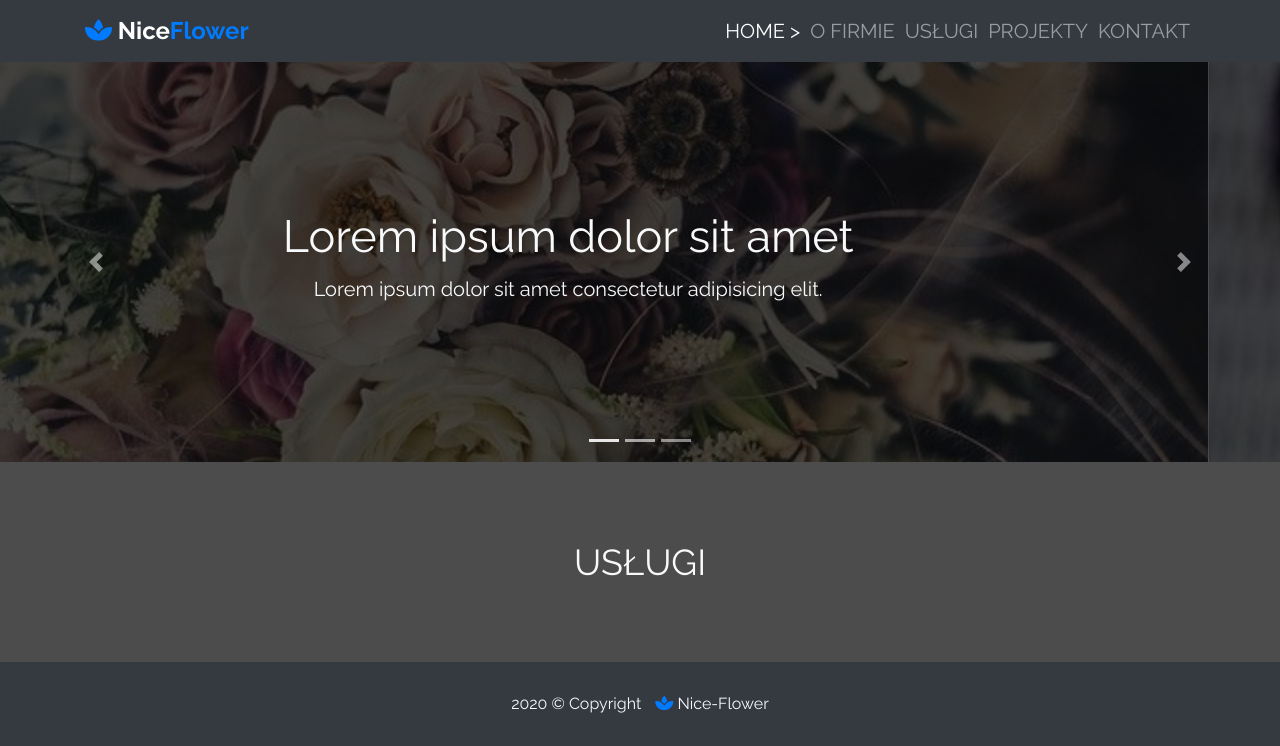
Repository: KrzysKolo/Projekt-13_Kwiaciarnia
Page: services.html
These files come from the project's save history. The page is drawn as it stood at one moment and after the next save; the edit follows.
The browser window is 1280 px wide. The pictures show the whole page.
Some web libraries are served in a nearby version.

Above is the page before, as saved 2020-08-11 09:50:24.

### services.html
<!DOCTYPE html>
<html lang="pl">
  <head>
    <meta charset="UTF-8" />
    <meta name="viewport" content="width=device-width, initial-scale=1.0" />
    <title>Nice-Flower</title>
    <script
      src="https://kit.fontawesome.com/21efeaf281.js"
      crossorigin="anonymous"
    ></script>

    <link
      rel="stylesheet"
      href="https://stackpath.bootstrapcdn.com/bootstrap/4.5.0/css/bootstrap.min.css"
      integrity="sha384-9aIt2nRpC12Uk9gS9baDl411NQApFmC26EwAOH8WgZl5MYYxFfc+NcPb1dKGj7Sk"
      crossorigin="anonymous"
    />
    <link
      href="https://fonts.googleapis.com/css2?family=Raleway:wght@400;700&display=swap"
      rel="stylesheet"
    />
    <link rel="stylesheet" href="style.css" />
  </head>
  <body>
    <nav class="navbar navbar-expand-lg navbar-dark bg-dark py-3">
      <div class="container">
        <a class="navbar-brand" href="index.html"
          ><i class="fas fa-spa text-primary"></i> Nice<span
            class="text-primary"
            >Flower</span
          ></a
        >
        <button
          class="navbar-toggler border-0"
          type="button"
          data-toggle="collapse"
          data-target="#navbarNavAltMarkup"
          aria-controls="navbarNavAltMarkup"
          aria-expanded="false"
          aria-label="Toggle navigation"
        >
          <i class="fas fa-bars px-4"></i>
        </button>
        <div class="collapse navbar-collapse" id="navbarNavAltMarkup">
          <div class="navbar-nav ml-auto">
            <a class="nav-link active" href="index.html">Home ></a>
            <a class="nav-link" href="abouteus.html">O firmie</a>
            <a class="nav-link" href="#"
              ><span class="sr-only">(current)</span>Usługi</a
            >
            <a class="nav-link" href="projects.html">Projekty</a>
            <a class="nav-link" href="contact.html">Kontakt</a>
          </div>
        </div>
      </div>
    </nav>

    <!-- HEADER -->
    <header>
      <div
        id="carouselExampleCaptions"
        class="carousel slide"
        data-ride="carousel"
      >
        <ol class="carousel-indicators">
          <li
            data-target="#carouselExampleCaptions"
            data-slide-to="0"
            class="active"
          ></li>
          <li data-target="#carouselExampleCaptions" data-slide-to="1"></li>
          <li data-target="#carouselExampleCaptions" data-slide-to="2"></li>
        </ol>
        <div class="carousel-inner text-dark text-center">
          <div class="carousel-item carousel-img-one active">
            <div
              class="carousel-text h-100 p-5 d-flex flex-column justyfy-content-end justify-content-md-center align-items-center"
            >
              <div class="hero-shadow"></div>
              <p class="display-3 text-light">Lorem ipsum dolor sit amet</p>
              <p class="d-none d-sm-block text-light">
                Lorem ipsum dolor sit amet consectetur adipisicing elit.
              </p>
            </div>
          </div>
          <div class="carousel-item carousel-img-two">
            <div
              class="carousel-text h-100 p-5 d-flex flex-column justyfy-content-end justify-content-md-center align-items-center"
            >
              <div class="hero-shadow"></div>
              <p class="display-3 text-light">Lorem ipsum dolor sit amet</p>
              <p class="d-none d-sm-block text-light">
                Lorem ipsum dolor sit amet consectetur adipisicing elit.
              </p>
            </div>
          </div>
          <div class="carousel-item carousel-img-three">
            <div
              class="carousel-text h-100 p-5 d-flex flex-column justyfy-content-end justify-content-md-center align-items-center"
            >
              <div class="hero-shadow"></div>
              <p class="display-3 text-light">Lorem ipsum dolor sit amet</p>
              <p class="d-none d-sm-block text-light">
                Lorem ipsum dolor sit amet consectetur adipisicing elit.
              </p>
            </div>
          </div>
        </div>
        <a
          class="carousel-control-prev"
          href="#carouselExampleCaptions"
          role="button"
          data-slide="prev"
        >
          <span class="carousel-control-prev-icon" aria-hidden="true"></span>
          <span class="sr-only">Previous</span>
        </a>
        <a
          class="carousel-control-next"
          href="#carouselExampleCaptions"
          role="button"
          data-slide="next"
        >
          <span class="carousel-control-next-icon" aria-hidden="true"></span>
          <span class="sr-only">Next</span>
        </a>
      </div>
    </header>

    <!-- MAIN -->
    <main>
      <section class="top-hero service-hero">
        <div class="hero-shadow"></div>
        <p class="top-hero-text text-light">usługi</p>
      </section>
    </main>
    <footer class="bg-dark text-light">
      <p class="py-5 px-3 mb-0 text-center">
        2020 &copy; Copyright
        <i class="ml-3 fas fa-spa text-primary"></i> Nice-Flower
      </p>
    </footer>
    <script
      src="https://code.jquery.com/jquery-3.5.1.slim.min.js"
      integrity="sha384-DfXdz2htPH0lsSSs5nCTpuj/zy4C+OGpamoFVy38MVBnE+IbbVYUew+OrCXaRkfj"
      crossorigin="anonymous"
    ></script>
    <script
      src="https://cdn.jsdelivr.net/npm/popper.js@1.16.0/dist/umd/popper.min.js"
      integrity="sha384-Q6E9RHvbIyZFJoft+2mJbHaEWldlvI9IOYy5n3zV9zzTtmI3UksdQRVvoxMfooAo"
      crossorigin="anonymous"
    ></script>
    <script
      src="https://stackpath.bootstrapcdn.com/bootstrap/4.5.0/js/bootstrap.min.js"
      integrity="sha384-OgVRvuATP1z7JjHLkuOU7Xw704+h835Lr+6QL9UvYjZE3Ipu6Tp75j7Bh/kR0JKI"
      crossorigin="anonymous"
    ></script>
  </body>
</html>

### style.css
* {
  box-sizing: border-box;
  margin: 0;
  padding: 0;
}
html {
  font-size: 62.5%;
}
body {
  font-family: "Raleway", sans-serif;
  font-size: 1.6rem;
}
.hero-shadow {
  position: absolute;
  top: 0;
  width: 100%;
  height: 100%;
  background-color: rgba(0, 0, 0, 0.7);
  z-index: -1;
}
.additional-text {
  font-size: 1.8rem;
}
.top-hero {
  position: relative;
  height: 20rem;
  background-size: cover;
  z-index: 0;
}
.top-hero-text {
  display: flex;
  justify-content: center;
  align-items: center;
  height: 100%;
  font-size: 3.6rem;
  text-transform: uppercase;
}
/* ----------- */
/*  nawigacja  */
/* ----------- */
nav {
  font-size: 2rem;
  text-transform: uppercase;
}
.navbar-toggler {
  font-size: 3rem;
}
.navbar-brand {
  font-size: 2.4rem;
  font-weight: bold;
  text-transform: none;
}
/* ----------- */
/*    header   */
/* ----------- */
header {
  font-size: 2rem;
}
.carousel-item {
  position: relative;
  height: 400px;
  background-position: center;
  background-size: cover;
  z-index: 0;
}
.carousel-img-one {
  background-image: url("./img/b1m.jpg");
}
.carousel-img-two {
  background-image: url("./img/b2m.jpg");
}
.carousel-img-three {
  background-image: url("./img/b4m.jpg");
}
/* ----------- */
/*     main    */
/* ----------- */
.home-boxes {
  padding: 5rem 0;
}
.home-box i {
  font-size: 4rem;
}
.home-box h3 {
  font-size: 2.6rem;
}
/* ----------- */
.home-passion {
  position: relative;
  height: 350px;
  background-image: url("./img/b8m.jpg");
  background-position: center;
  background-size: cover;
  z-index: 0;
}
/* ----------- */
.home-brand h3 {
  font-size: 3rem;
  font-weight: bold;
}
/* ----------- */
/*   aboutus   */
/* ----------- */
.aboutus-hero {
  background-image: url("./img/obrazek1.jpg");
  background-position: bottom;
}
/* ----------- */
.aboutus-top .display-3 {
  text-transform: uppercase;
}
/* ----------- */
.aboutus-info {
  background-color: rgba(0, 0, 0, 0.3);
}
.aboutus-info .container {
  padding: 2em 0.5em;
}
.aboutus-text {
  padding: 1.8rem;
}
.aboutus-text h3 {
  margin-bottom: 0.5em;
  font-size: 2.6rem;
  text-transform: uppercase;
  font-weight: bold;
  text-decoration: underline #007bff;
}
.abouts-text-right {
  text-align: right;
}
.aboutus-img {
  height: 300px;
  background-image: url("./img/b5m.jpg");
  background-position: center;
  background-size: cover;
}
/* ----------- */
.aboutus-bottom i {
  font-size: 3rem;
}
.aboutus-bottom h3 {
  font-size: 2.2rem;
  font-weight: bold;
}
/* ----------- */
/*    footer   */
/* ----------- */
footer {
  font-size: 1.6rem;
}
@media (min-width: 992px) {
  .aboutus-info .container {
    padding: 0;
  }
  .aboutus-shadow {
    box-shadow: inset 0 5px 10px -5px rgba(0, 0, 0, 0.4);
  }
  .aboutus-text {
    padding: 5em 0;
    transform: skew(-15deg);
  }
  .abouts-text-left {
    padding-right: 2em;
    text-align: right;
  }
  .abouts-text-right {
    padding-left: 2em;
    text-align: left;
  }
  .aboutus-img {
    height: auto;
    transform: skew(-15deg);
  }
}
@media (min-width: 1400px) {
  .carousel-item {
    height: 600px;
  }
  .carousel-img-one {
    background-image: url("./img/b1.jpg");
  }
  .carousel-img-two {
    background-image: url("./img/b2.jpg");
  }
  .carousel-img-three {
    background-image: url("./img/b4.jpg");
  }
}

After the next save:
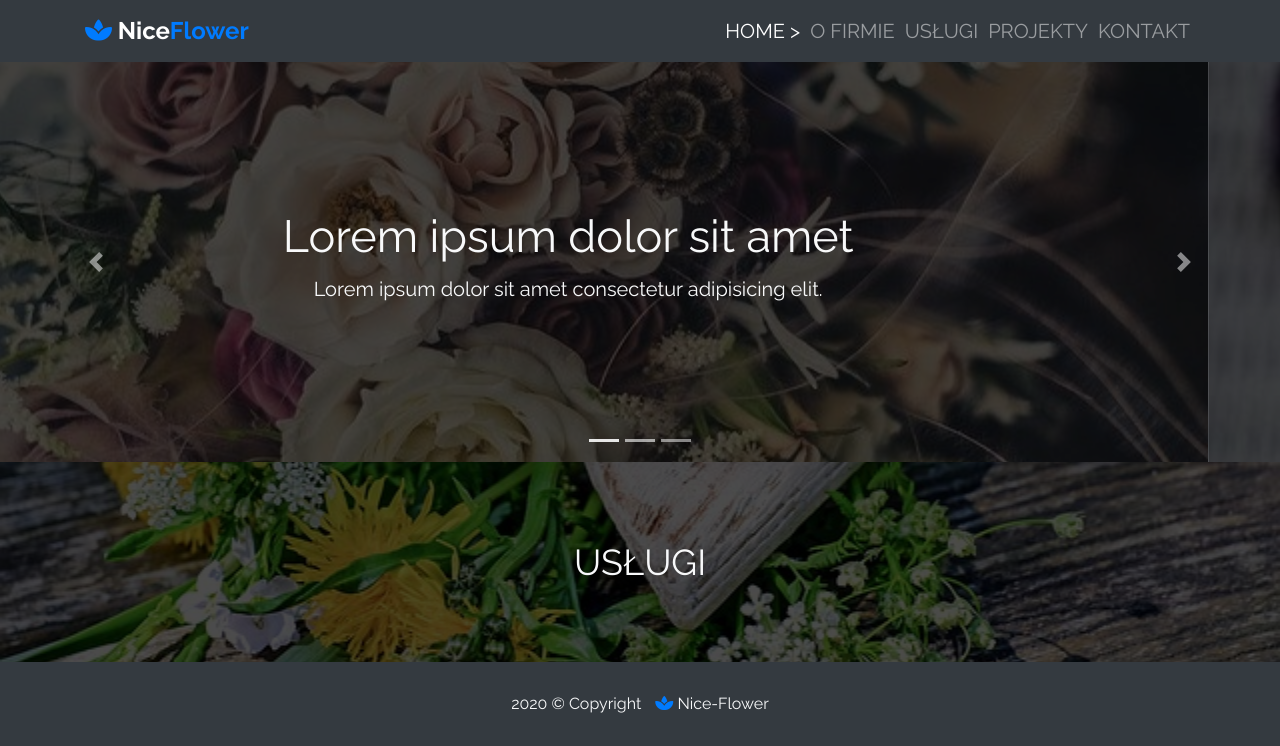
Saved 5 min 47 s later.
--- a/style.css
+++ b/style.css
@@ -144,6 +144,13 @@ header {
   font-weight: bold;
 }
 /* ----------- */
+/*    usługi   */
+/* ----------- */
+.service-hero {
+  background-image: url("./img/pm.jpg");
+  background-position: 0 75%;
+}
+/* ----------- */
 /*    footer   */
 /* ----------- */
 footer {
